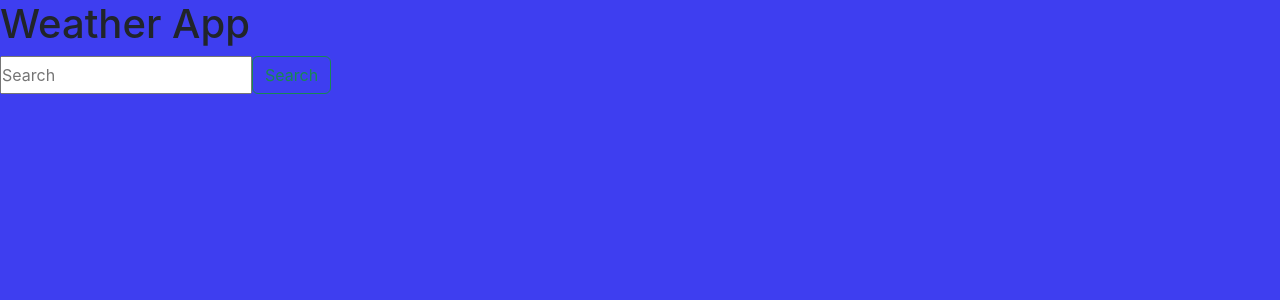
Repository: bhaveshtrades/weatherapp
Page: /
An editor plug-in stored every save of this project. The page is shown before and after the next save, followed by the edit.
The browser window is 1280 px wide. The pictures show the whole page.
The project was rebuilt for these pictures with package versions that can differ from the ones it lists, and the page was loaded fresh each time. Also part of the build but not shown: src/components/CurrentWeather.jsx.

Above is the page before, as saved 2023-01-08 19:01:39.

After the next save:
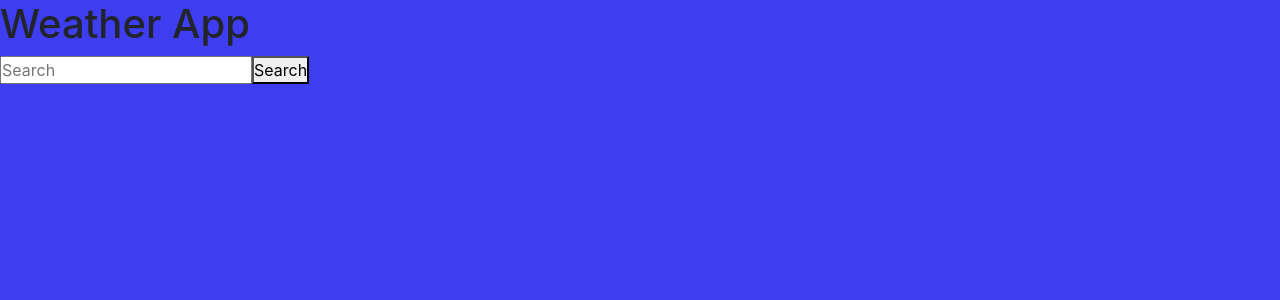
Saved 8 s later.
--- a/src/components/Navbar.jsx
+++ b/src/components/Navbar.jsx
@@ -11,7 +11,7 @@ function Navbar({resultProp, cityProp}){
     <div>
     <form className="d-flex" role="search" onSubmit={resultProp}>
         <input  type="search" placeholder="Search" aria-label="Search" onChange={cityProp}/>
-        <button className="btn btn-outline-success" type="submit">Search</button>
+        <button type="submit">Search</button>
     </form>
     </div>
     </div>
